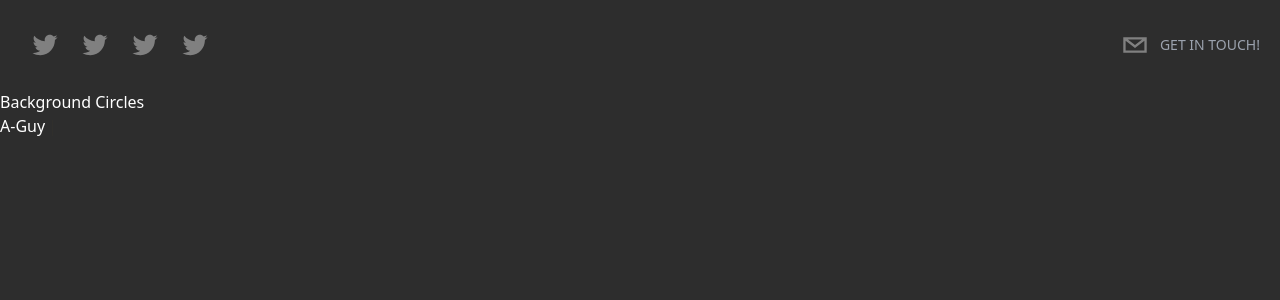
Repository: MikeeBuilds/newportfolio-2023
Page: /
An editor plug-in stored every save of this project. The page is shown before and after a run of saves, followed by the edit.
The browser window is 1280 px wide. The pictures show the whole page.
The project was rebuilt for these pictures with package versions that can differ from the ones it lists, and the page was loaded fresh each time. The framework's server and built-in components were replaced by stand-ins that run in the browser. Also part of the build but not shown: next.config.js.

Above is the page before, as saved 2023-02-26 19:46:25.

After the next 3 saves:
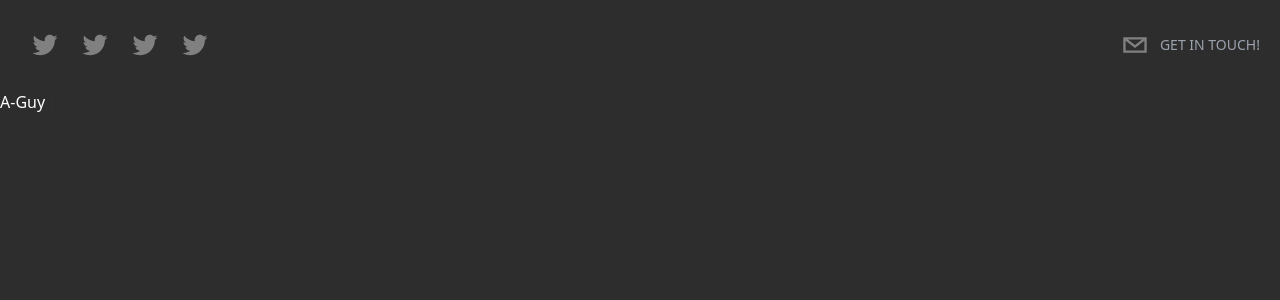
The 3 saves are shown as one change because they came seconds apart.
The last was saved 25 s later.
--- a/components/BackgroundCircles.tsx
+++ b/components/BackgroundCircles.tsx
@@ -8,7 +8,11 @@
 function BackgroundCircles({}: Props) {
     return (
         <div>
-            Background Circles
+            <div></div>
+            <div></div>
+            <div></div>
+            <div></div>
+            <div></div>
         </div>
     )
 }
